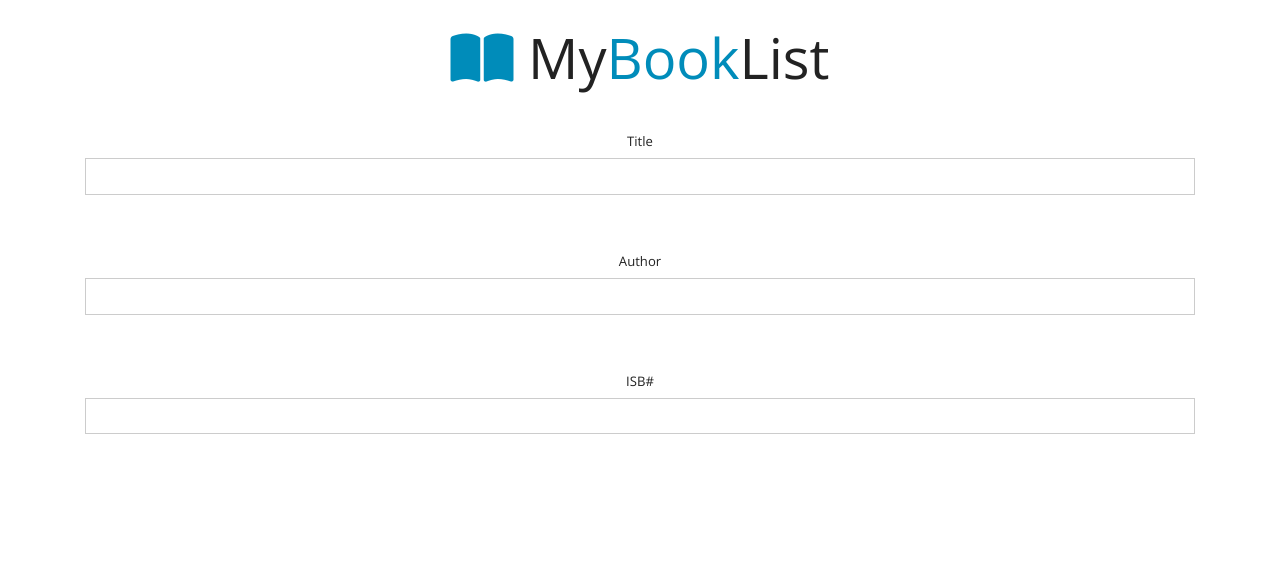
Repository: muhyilmaz/jsMyBookListPrj
Page: index.html
These files come from the project's save history. The page is drawn as it stood at one moment and after the next save; the edit follows.
The browser window is 1280 px wide. The pictures show the whole page.
Some web libraries are served in a nearby version.

Above is the page before, as saved 2020-06-21 16:17:23.

After the next save:
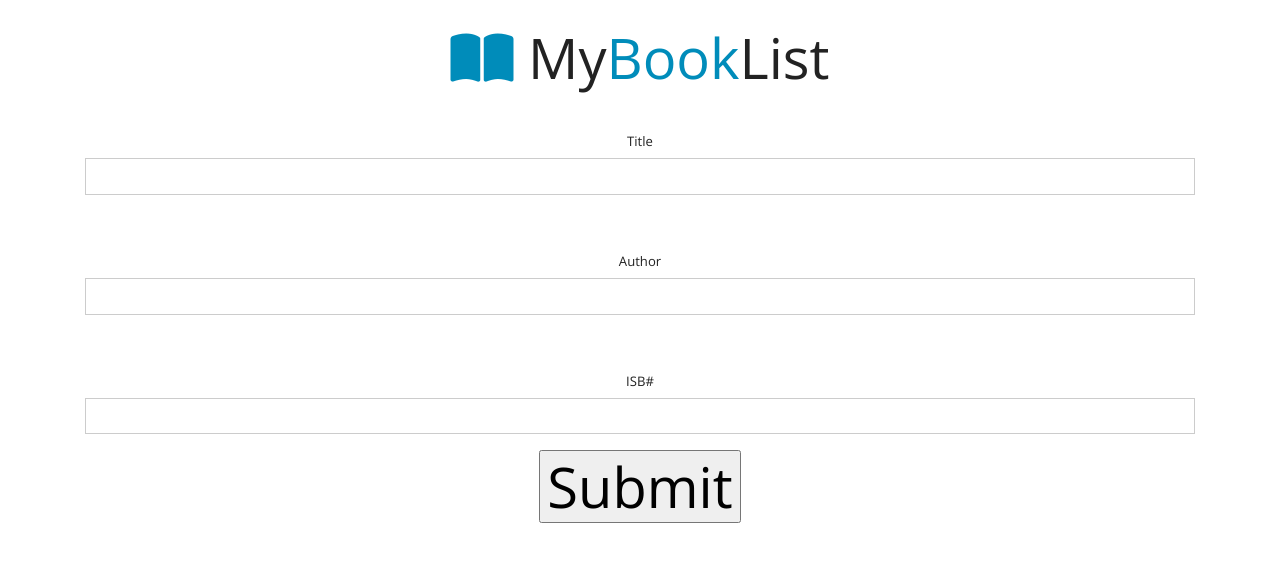
Saved 14 s later.
--- a/index.html
+++ b/index.html
@@ -31,6 +31,8 @@
                     <label for="title">ISB#</label>
                     <input type="text" name="" id="isbn" class="form-control">
                 </div>
+
+                <input type="submit" name="" id="">
             </form>
         </h1>
 
